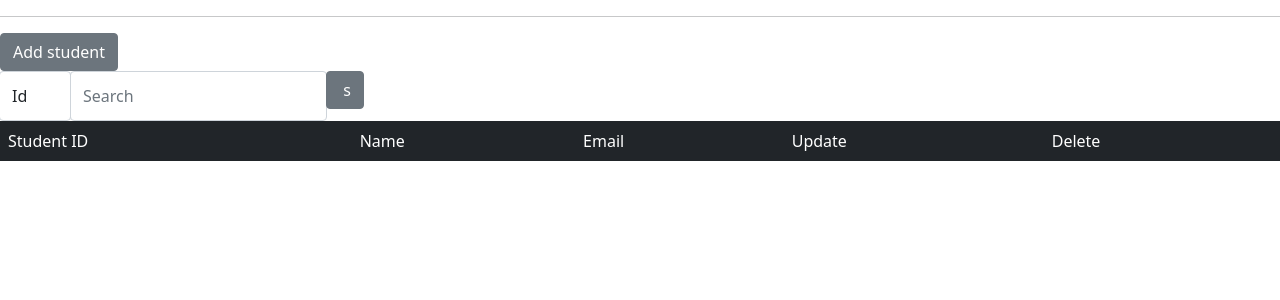
Repository: pradeep9689/monoceptAssignment
Page: http://localhost/09-student-mvc-db/StudentControlller
The author's editor kept a copy of each file at every save. The page is drawn from the files as they stood at one save, then again after the next save.
The browser window is 1280 px wide. The pictures show the whole page.
The page is served by Tomcat 9. Queries for data that is not in the repository find no rows.

Above is the page before, as saved 2024-07-19 04:15:09.

After the next save:
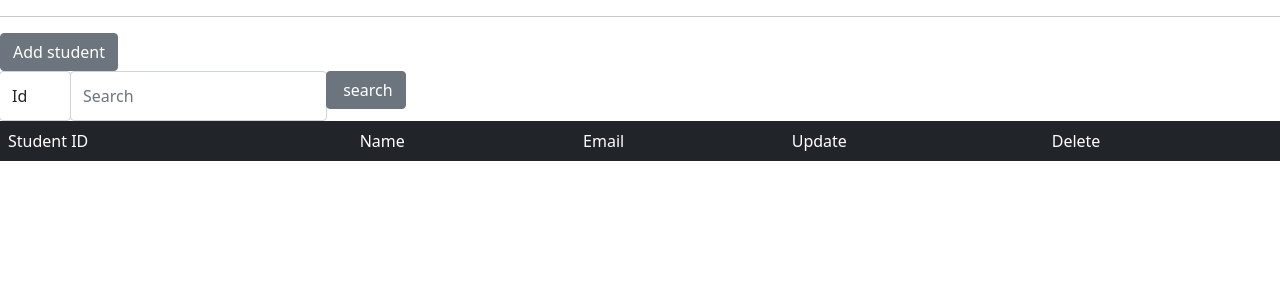
Saved 8 s later.
--- a/09-student-mvc-db/WebContent/view.jsp
+++ b/09-student-mvc-db/WebContent/view.jsp
@@ -32,7 +32,7 @@
       <input type="search" id="input" name="input" style="height:50px;"class="form-control" placeholder="Search" />
     </div>
     <span class="input-group-append">
-     <input type="submit" value=" s" class="btn btn-secondary"  >
+     <input type="submit" value=" search" class="btn btn-secondary"  >
 
       </button>
     </span>
